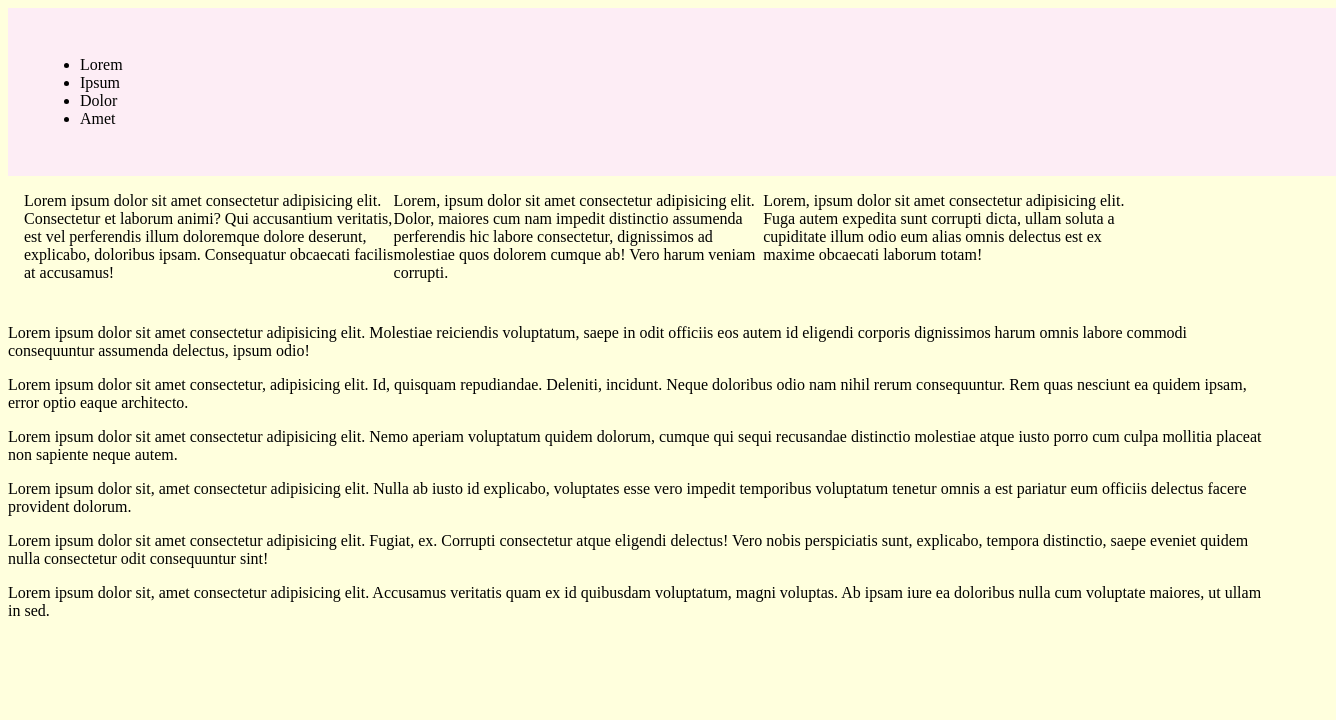
Repository: HTML-a-CSS-2/projekt-portfolio-Angelina555555
Page: .github/index.html
These files come from the project's save history. The page is drawn as it stood at one moment and after the next save; the edit follows.
The browser window is 1280 px wide. The page is 1336 px wide, so the pictures cover 1336 px, including what lies to the right of the window. The pictures show the whole page.

Above is the page before, as saved 2022-05-07 22:39:16.

After the next save:
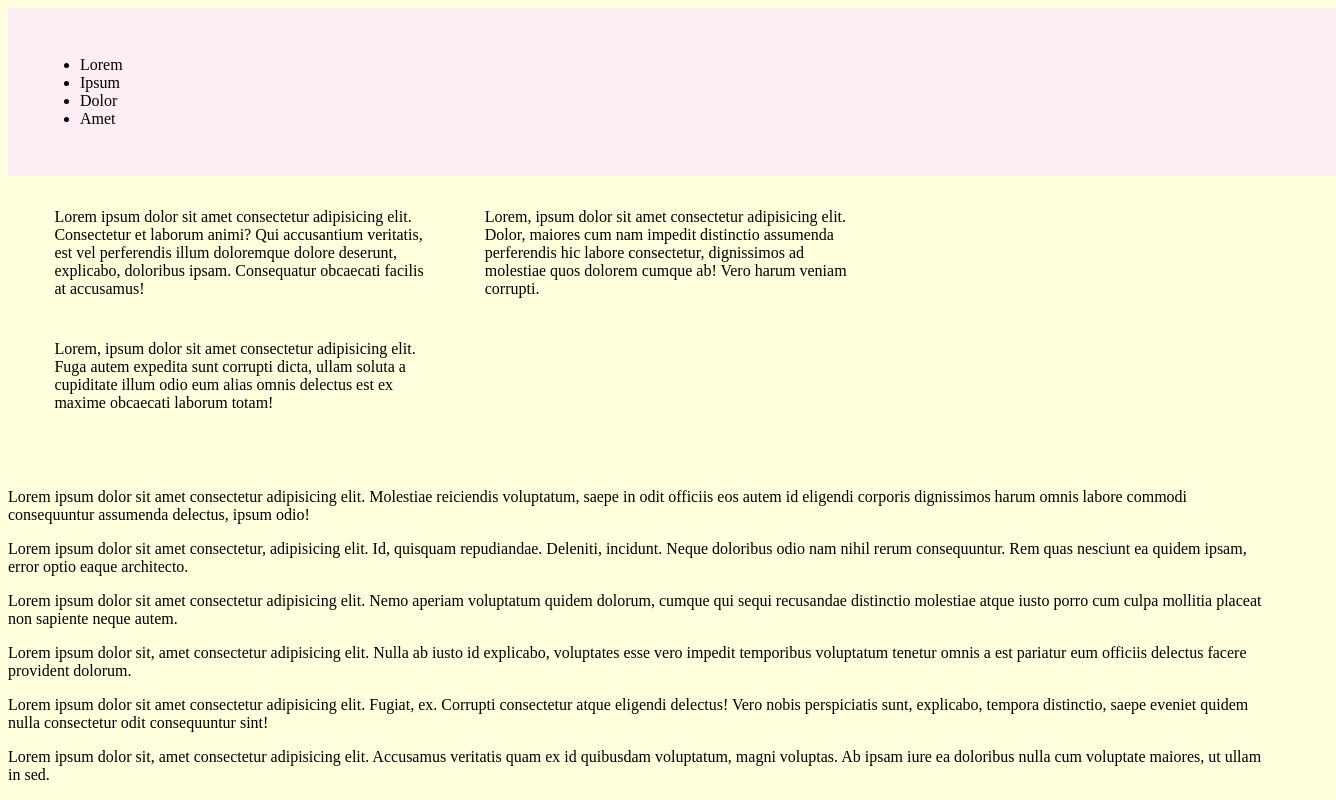
Saved 10 s later.
--- a/.github/default.css
+++ b/.github/default.css
@@ -17,7 +17,7 @@ body {
 .article__element-jeden,
 .article__element-dva,
 .article__element-tri {
-  padding: 1rem 1, 9rem;
+  padding: 1rem 1.9rem;
   width: 30%;
   height: 100px;
 }
